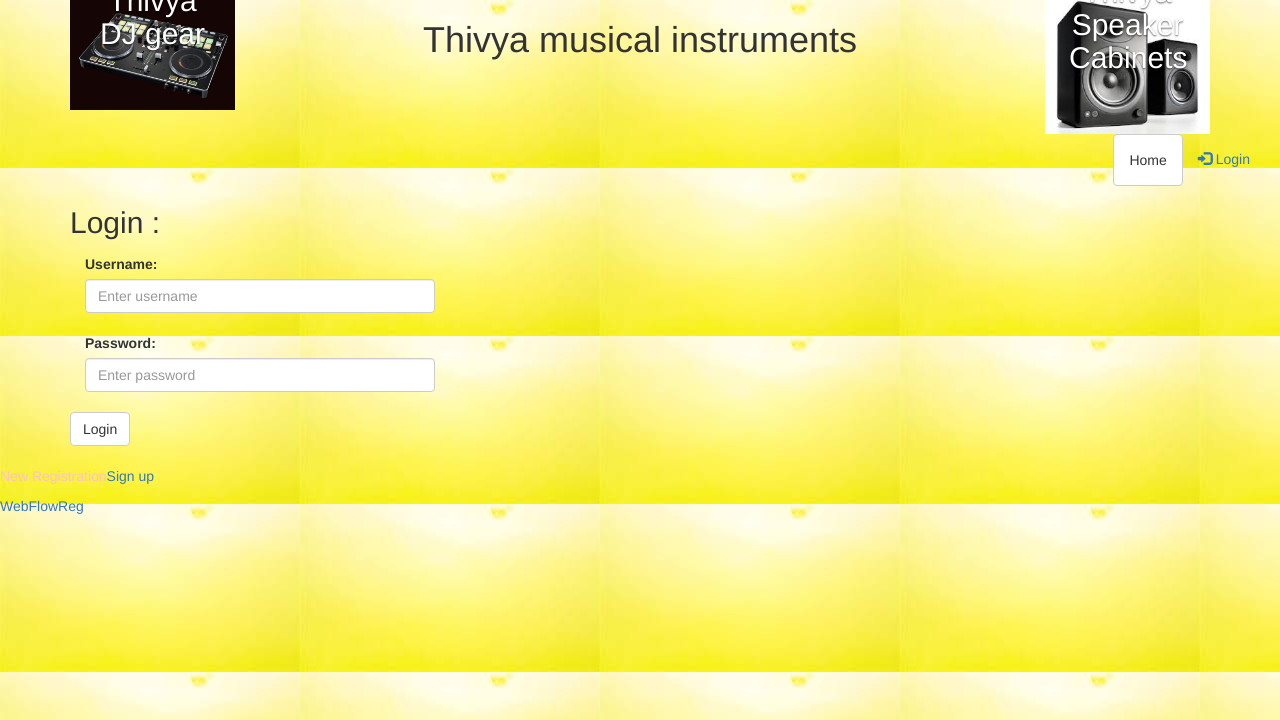
Repository: jack-1195/project2
Page: http://localhost/ShopingCartFrontEnd/login.jsp
The author's editor kept a copy of each file at every save. The page is drawn from the files as they stood at one save, then again after the next save.
The browser window is 1280 px wide. The pictures show the whole page.
The page is served by Tomcat 9. Nobody is signed in. The application's start-up code is not run. Other server files are loaded and not shown. The template is opened directly, without the code that normally fills it, so the values that code supplies are empty.

Above is the page before, as saved 2016-08-23 13:32:21.

### changes/ShopingCartFrontEnd/src/main/webapp/login.jsp
<%@ page language="java" contentType="text/html; charset=ISO-8859-1"
    pageEncoding="ISO-8859-1"%>
<!DOCTYPE html>
<%@taglib uri="http://www.springframework.org/tags/form" prefix="form"%>
<%@taglib uri="http://java.sun.com/jsp/jstl/core" prefix="c"%>
<html lang="en">
<%@include file="Header.jsp" %>
<body background="<c:url value="/resources/images/md.jpg" />" >

	<div class="container">
		<h2>Login :</h2>
		<form:form action="isValidUser" method="post">
			<div class="form-group">
				<div class="col-sm-4">
					<label for="id">Username:</label> <input type="text"
						class="form-control" name="id" placeholder="Enter username">
				</div>
			</div>
	</div>
	<br>

	<div class="container">
		<div class="form-group">
			<div class="col-sm-4">
				<label for="pwd">Password:</label> <input type="password"
					class="form-control" name="password" placeholder="Enter password">
			</div>
		</div>
	</div>
	<br>

	<div class="container">
		<button type="submit" class="btn btn-default">Login</button>

	</div>
	<br>
<p style="color:pink";>New Registration<a href="register">Sign up</a>
<p><a href="memberShip.obj">WebFlowReg</a>
	</form:form>
</body>
</html>

### changes/ShopingCartFrontEnd/src/main/webapp/Header.jsp
<%@ page language="java" contentType="text/html; charset=ISO-8859-1"
    pageEncoding="ISO-8859-1"%>
<!DOCTYPE html>
<%@taglib uri="http://www.springframework.org/tags/form" prefix="form"%>
<%@taglib uri="http://java.sun.com/jsp/jstl/core" prefix="c"%>
<html lang="en">
<head>
<title>Login Page</title>
<meta charset="utf-8">
<meta name="viewport" content="width=device-width, initial-scale=1">
<link rel="stylesheet"	href="http://maxcdn.bootstrapcdn.com/bootstrap/3.3.6/css/bootstrap.min.css">
<script	src="https://ajax.googleapis.com/ajax/libs/jquery/1.12.2/jquery.min.js"></script>
<script	src="http://maxcdn.bootstrapcdn.com/bootstrap/3.3.6/js/bootstrap.min.js"></script>
<body background="<c:url value="/resources/images/md.jpg" />">
<style>
    /* Add a gray background color and some padding to the footer */
    footer {
      background-color: #f2f2f2;
      padding: 25px;
    }

    .carousel-inner img {
      width: 100%; /* Set width to 100% */
      min-height: 200px;
    }

    /* Hide the carousel text when the screen is less than 600 pixels wide */
    @media (max-width: 600px) {
      .carousel-caption {
        display: none;
      }
    }
  </style>
</head>
<div class="container">
	<div class="row">
	        <div class="col-sm-2">
			<figure class="figure">
						<img src="<c:url value="/resources/images/Gear.jpg"/>" class="img-responsive" style="width:100%" alt="Image">
						<div class="carousel-caption">
						<h2 >Thivya DJ gear</h2>
						</div>
			</figure>
			</div>

			<div class="col-sm-8">
			   <h1>  <p class="text-center">Thivya musical instruments </h1>

			</div>
	        <div class="col-sm-2">
			<figure class="figure">
						<img src="<c:url value="/resources/images/Speaker.jpg"/>" class="img-responsive" style="width:100%" alt="Image">
						<div class="carousel-caption">
						<h2 >Thivya Speaker Cabinets</h2>
						</div>
			</figure>
			</div>
	</div>
</div>

  <div class="container-fluid">
    <div class="navbar-header">
      <button type="button" class="navbar-toggle" data-toggle="collapse" data-target="#myNavbar">
        <span class="icon-bar"></span>
        <span class="icon-bar"></span>
        <span class="icon-bar"></span>
      </button>

    </div>
    <div class="collapse navbar-collapse" id="myNavbar">

      <ul class="nav navbar-nav navbar-right">
      <li><a href="index.jsp" class="btn btn-default" role="button">Home</a></li>
        <li><a href="login.jsp"><span class="glyphicon glyphicon-log-in"></span> Login</a></li>
      </ul>
    </div>
  </div>
</nav>

After the next save:
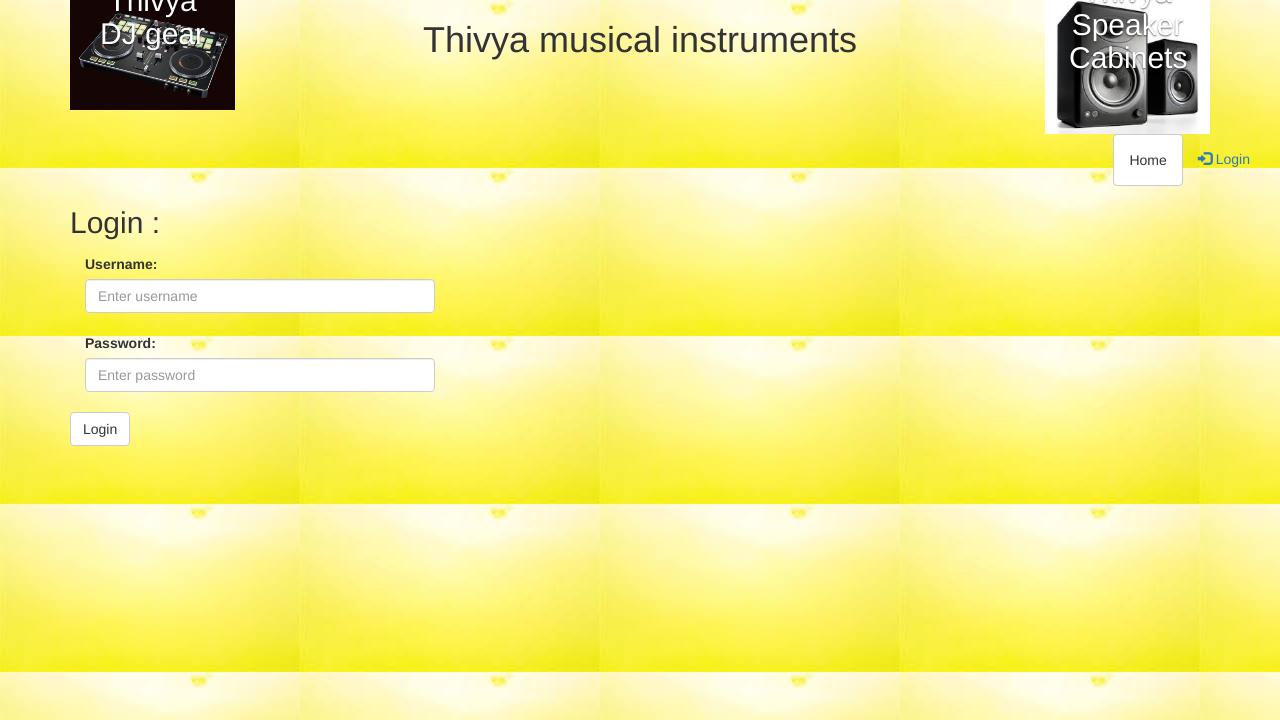
Saved 54 s later.
--- a/changes/ShopingCartFrontEnd/src/main/webapp/login.jsp
+++ b/changes/ShopingCartFrontEnd/src/main/webapp/login.jsp
@@ -34,8 +34,7 @@
 
 	</div>
 	<br>
-<p style="color:pink";>New Registration<a href="register">Sign up</a>
-<p><a href="memberShip.obj">WebFlowReg</a>
+
 	</form:form>
 </body>
 </html>
